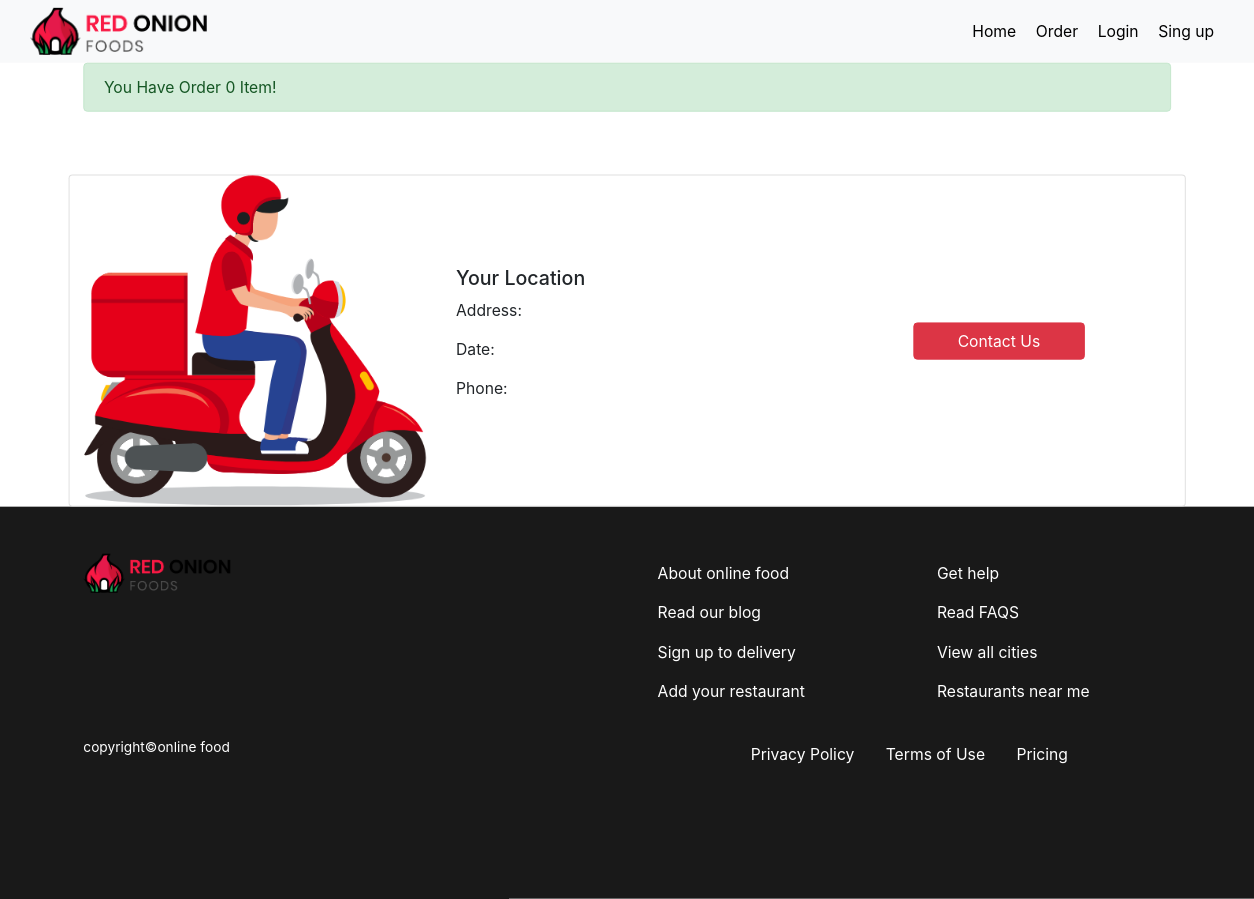
Repository: arif286/red-onion-client
Page: /order
The author's editor kept a copy of each file at every save. The page is drawn from the files as they stood at one save, then again after the next save.
The browser window is 1280 px wide. The pictures show the whole page, at 98% of full size.
The page's requests for data from a server got no answer. The project was rebuilt for these pictures with package versions that can differ from the ones it lists, and the page was loaded fresh each time. No one was signed in, and anything a server would have sent is missing. Also part of the build but not shown: src/App.css, src/components/CheckOut/CheckOut.css, src/components/CheckOut/CheckOutForm/CheckOutFrom.js, src/components/CheckOut/CheckOut.js, src/components/SearchBar/SearchBar.css, src/components/SearchBar/SearchBar.js, src/components/FoodDetails/FoodDetail.css, src/components/FoodDetails/FoodDetail.js and 12 more. Imported but missing from the stored project, and not drawn on this page: src/components/CheckOut/Map/Map.

Above is the page before, as saved 2021-04-07 01:35:33.

After the next save:
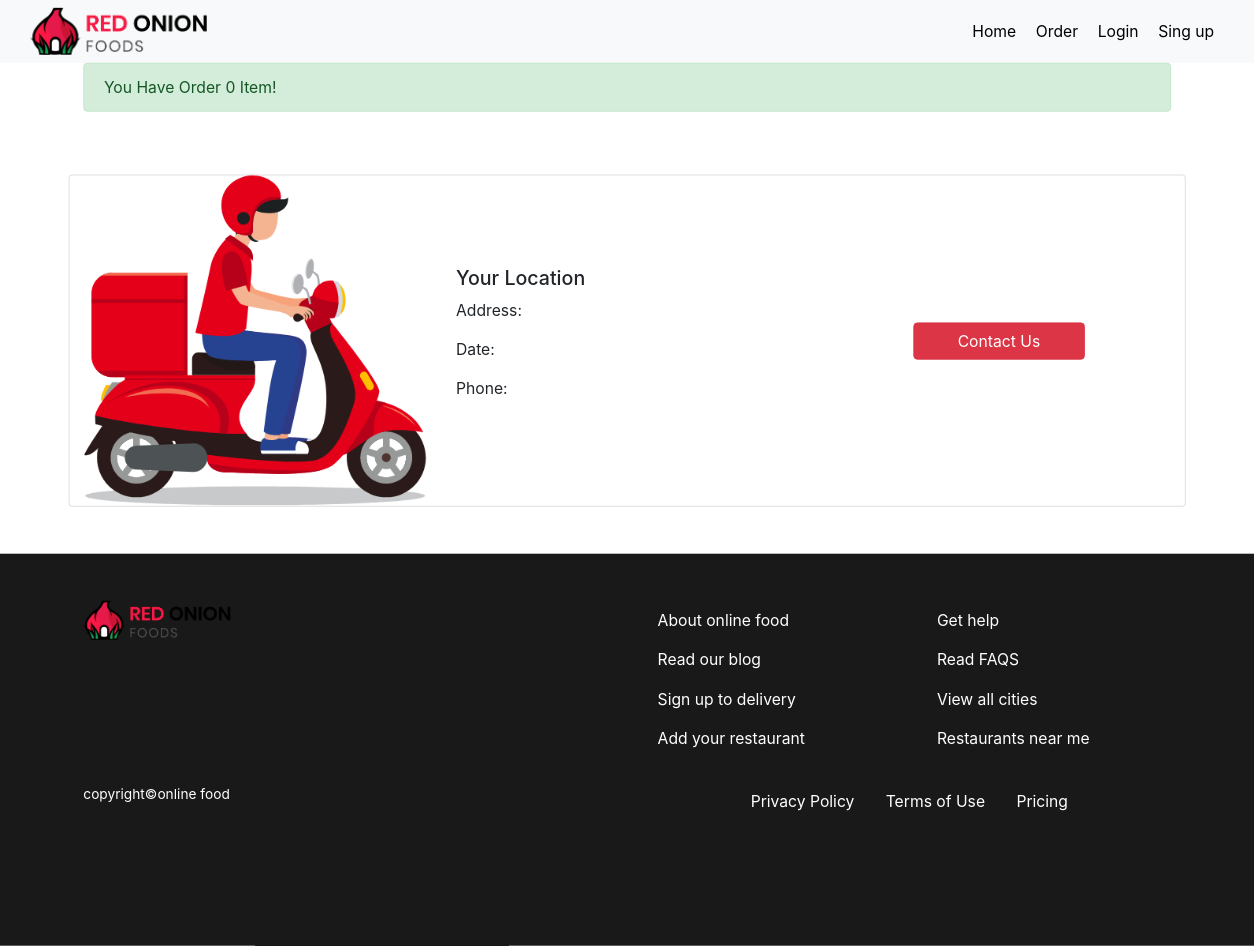
Saved 19 s later.
--- a/src/components/Order/Order.js
+++ b/src/components/Order/Order.js
@@ -34,7 +34,7 @@ const Order = () => {
           </Col>
         ))}
       </Row>
-      <Row className="mt-5">
+      <Row className="mt-5 mb-5">
         <Col>
           <Card className="row flex-row justify-content-around">
             <div className="col-md-4">
